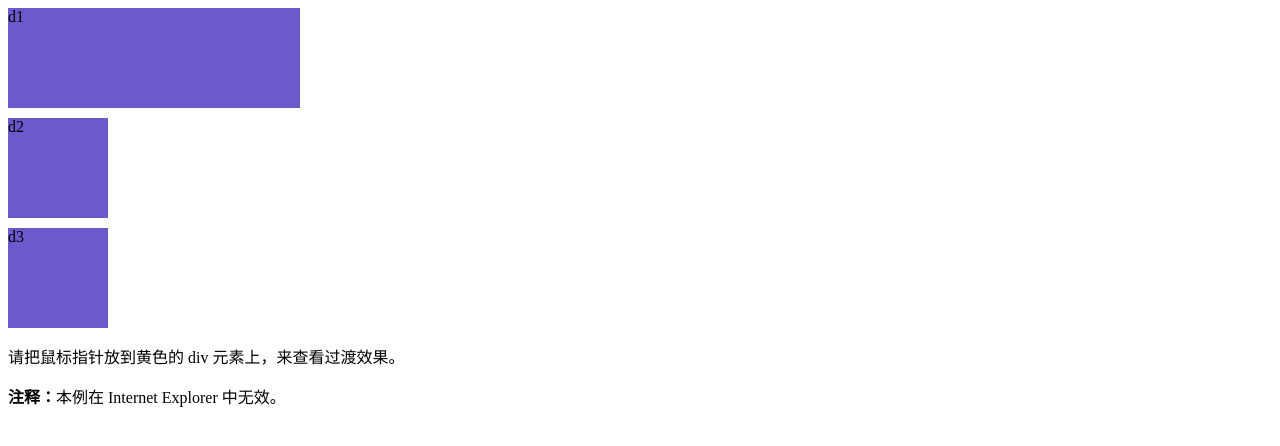
Repository: YukiXueyan/moquWebsite
Page: html/CSS过渡.html
An editor plug-in stored every save of this project. The page is shown before and after the next save, followed by the edit.
The browser window is 1280 px wide. The pictures show the whole page.
The pointer rests on the first visible `.d1`.

Above is the page before, as saved 2020-07-05 16:46:19.

After the next save:
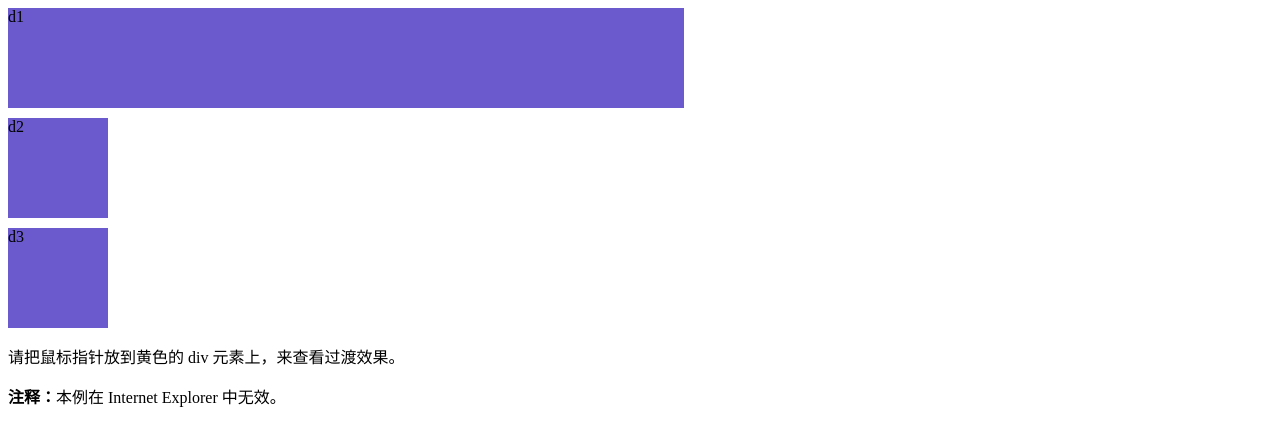
Saved 11 s later.
--- a/html/CSS过渡.html
+++ b/html/CSS过渡.html
@@ -15,7 +15,7 @@ transition-property:width 1s linear 2s;
 
 .d1:hover
 {
-    width:300px;
+    width:700px;
 }
 
 .d2:hover
